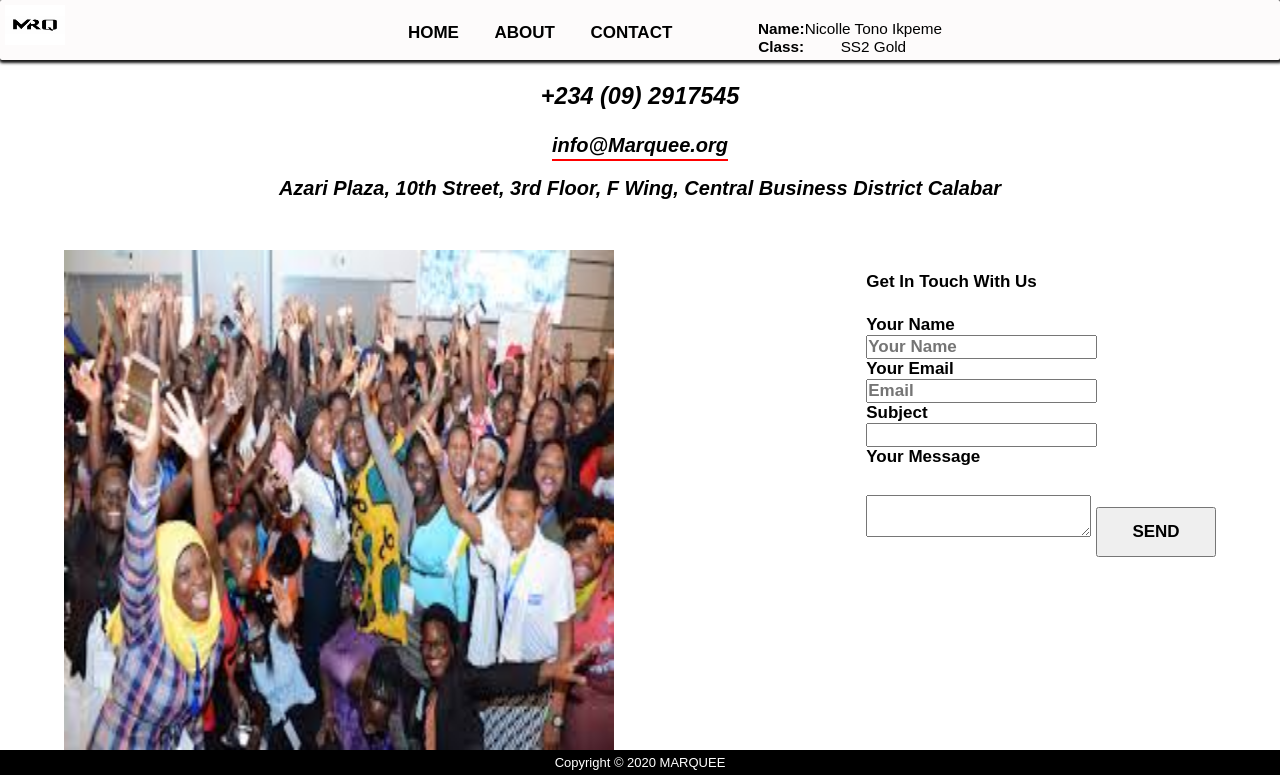
Repository: pboi18/Marquee.org
Page: contact.html
The author's editor kept a copy of each file at every save. The page is drawn from the files as they stood at one save, then again after the next save.
The browser window is 1280 px wide. The pictures show the whole page.

Above is the page before, as saved 2020-07-11 21:35:00.

### contact.html
<!DOCTYPE html>
<html>
    <head>
        <meta charset="utf-8">
        <link rel="icon" type="image/png" sizes="16x16" href="img/logo.png">
        <title>Marquee</title>

        <link rel="stylesheet" href="style.css" >
        <link rel="stylesheet" href="normalize.css" >


    </head>

    <body>
            <nav class="main">

                    <div class="navbar2">

                        <img src="img/logo.png" alt="MARQUEE" class="logo">

                        <ul class="main-nav">
                            <li>
                                <a href="home.html">
                                    Home
                                </a>
                            </li>

                            <li>
                                <a href="about.html">
                                    ABOUT
                                </a>
                            </li>

                            <li>
                                <a href="contact.html">
                                    CONTACT
                                </a>
                            </li>

                            <li>
                                <table class="id">
                                    <tr>
                                        <th>Name:</th>
                                        <td> Nicolle Tono Ikpeme</td>
                                    </tr>

                                    <tr>
                                        <th>Class:</th>
                                        <td> SS2 Gold</td>
                                    </tr>

                                </table>
                            </li>

                        </ul>





                </div>

            </nav>

            <div class="con">
                <div class="contact">
                    <address>
                        <h3>+234 (09) 2917545</h3>
                        <a href="info@Marquee.org" style="text-decoration: none; color: black;
                        font-weight: bold; border-bottom: 2px solid red; padding-bottom: 3px;">
                            info@Marquee.org
                        </a><br>
                        <p style="font-weight: bold;">Azari Plaza, 10th Street, 3rd Floor, F Wing, Central Business District Calabar</p>
                    </address>
                </div>


                <div style="height: 500px;">
                    <img src="img/images.jpg" alt="Happy women" class="image span-1-of-2">

                    <form class="form2 span-1-of-2">
                        <h4 >Get In Touch With Us</h4>
                        <label>Your Name </label>
                        <input type="text" name="Name" placeholder="Your Name" required >
                        <label>Your Email</label>
                        <input type="email"  placeholder="Email" required >
                        <label>Subject</label>
                        <input type="text" >
                        <label>Your Message</label>
                        <textarea ></textarea>
                        <!-- <input type="submit" value="SEND" name="send" style="margin-top: 40px;"> -->

                        <button type="submit" style="margin-top: 40px; width: 120px; height: 50px;">SEND</button>

                    </form>

                </div>
            </div>

        <footer>
            <P style="color: white; text-align: center; margin: 0; font-size: small; padding: 5px;">
                Copyright &copy; 2020 MARQUEE
            </P>
        </footer>
    </body>
</html>

### style.css
* {
    margin: o;
    padding: 0;
    box-sizing: border-box;
}

html {
    background-color: #fff;
    max-width: 100%;
    font-size: 20px;
    font-weight: 300;
    font-family: Arial, Helvetica, sans-serif;
    text-rendering: optimizeLegibility;
}



h1 {
    margin: 0;
}

label {
    display: block;
}

/* header {
    background-image: linear-gradient( rgba(0, 0, 0, 0.4), rgba(0, 0, 0, 0.4)), url(img/home.jpg);
    height: 100vh;
    background-size: cover;
    background-position: center;
} */


.logo {
    height: 40px;
    width: 60px;
    float: left;
    margin: 5px;
}

.main-nav {
    list-style: none;
    margin: auto;
    margin-top: 10px;
    text-align: center;


}

.main-nav li {
    display: inline-block;
    margin: 10px 15px;
    font-size: 85%;

}

.main-nav li a:link,
.main-nav li a:visited {
    color: #000;
    text-decoration: none;
    text-transform: uppercase;
    font-weight: bold;
    padding: 3px 0px;
    border-bottom: 3px solid transparent;
    transition: border-bottom 0.2s;
}

.main-nav li a:hover,
.main-nav li a:active {
    border-bottom: 3px solid rgb(158, 0, 0);
}
.id {
    display: inline-table;
    padding: 10px;
    font-size: 90%;
    margin: 0 0 0 50px;

}

.navbar {
    height: 50px;
    width: 100%;
    display: inline-block;
    border-radius: 2px;
    box-shadow: 0px 3px -1px 2px rgb(190, 189, 189);
    position: fixed;
    background-color: rgb(253, 251, 251);
}

.navbar2 {
    height: 60px;
    width: 100%;
    display: inline-block;
    border-radius: 2px;
    box-shadow: 1px 1px 3px 2px rgb(20, 20, 20);
    /* position: fixed; */
    background-color: rgb(253, 251, 251);
}

.numb {
    border: solid 5px rgb(63, 62, 62);
    text-align: center;
    width: 40px;
    height: 30px;
    align-self: center;
    border-radius: 50%;
    margin: auto;
    background-color: rgb(63, 62, 62);
    color: white;
}
.wup {
    padding-top: 10px;

    background: linear-gradient(180deg, #DF2828 5.21%, rgba(223, 40, 40, 0.427083) 55.73%, rgba(223, 40, 40, 0.427083) 64.06%, rgba(223, 40, 40, 0.427083) 73.44%, rgba(222, 17, 17, 0.427083) 100%, rgba(170, 77, 77, 0) 100%);
}

.cover {
    border-radius: 5px;
    margin: auto;
}

.sec {
    background-color: black;
    height: 250px;
    width: 100%;
    text-align: center;
}



main {
    /* width: 1000px; */
    margin: auto;
}

.con {
    width: 90%;
    margin: auto;
    ;

}
.contact {
    text-align: center;
    margin: auto;
    margin-bottom: 50px;
}
.image {
    width: 550px;
    height: 500px;
    float: left;
}

.form2 {
    float: right;
    text-align: left;
    font-size: 85%;
    font-weight: bold;
}

footer {
    background-color: #000;
}

Loaded but not shown: normalize.css (library)

After the next save:
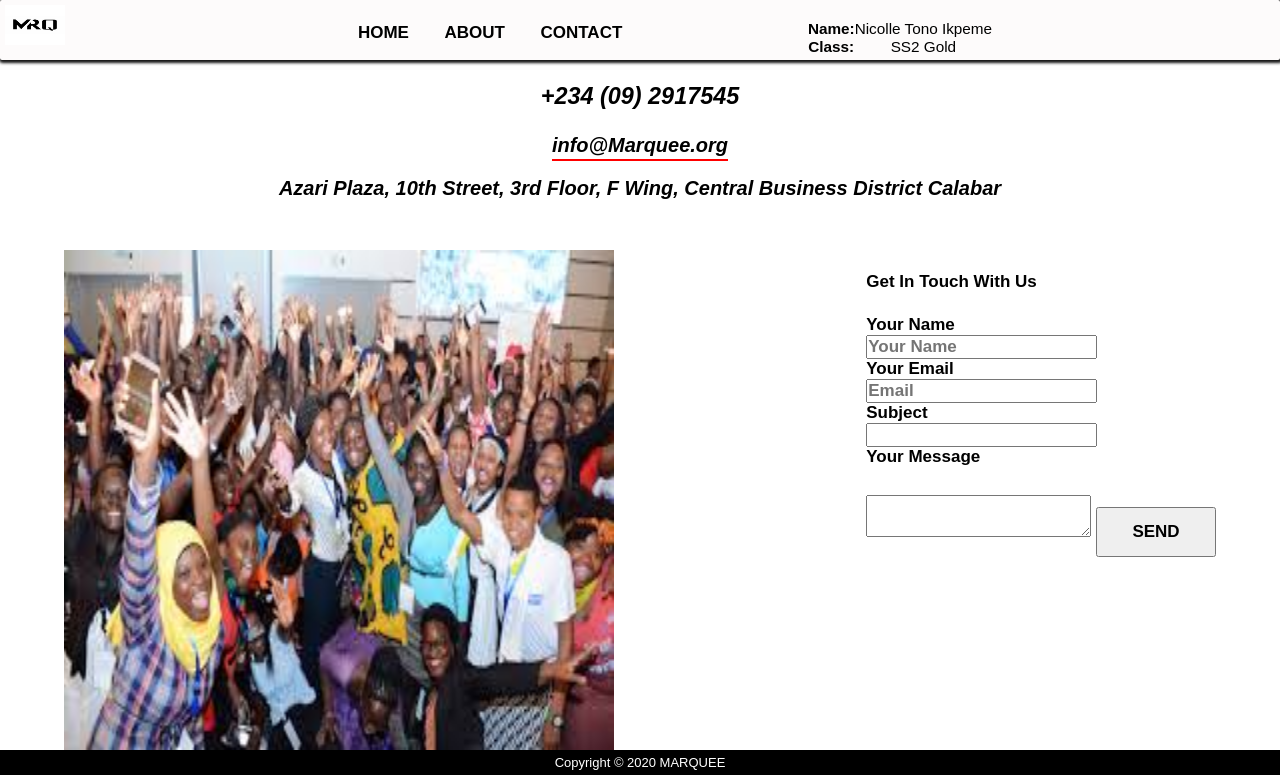
Saved 6 s later.
--- a/style.css
+++ b/style.css
@@ -73,7 +73,7 @@ label {
     display: inline-table;
     padding: 10px;
     font-size: 90%;
-    margin: 0 0 0 50px;
+    margin: 0 0 0 150px;
 
 }
 

After the save that followed:
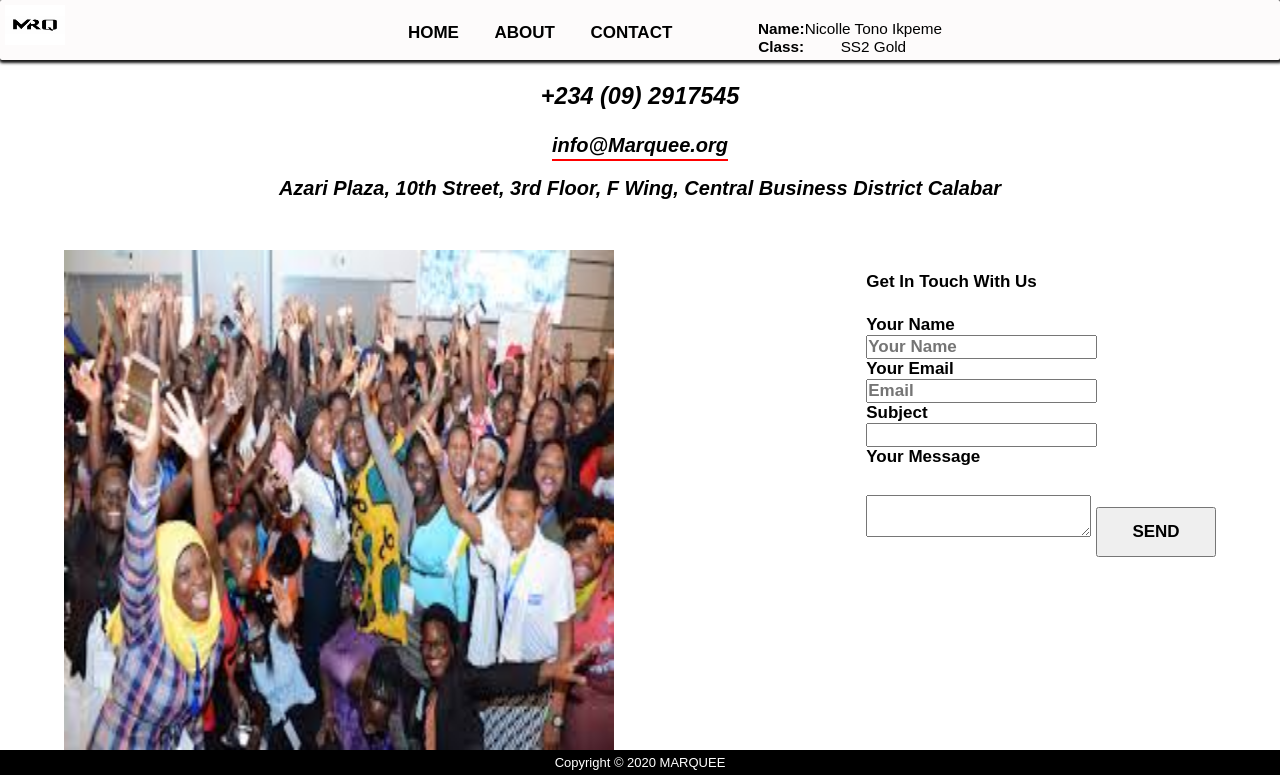
Saved 61 s later.
--- a/style.css
+++ b/style.css
@@ -73,7 +73,7 @@ label {
     display: inline-table;
     padding: 10px;
     font-size: 90%;
-    margin: 0 0 0 150px;
+    margin: 0 0 0 50px;
 
 }
 
